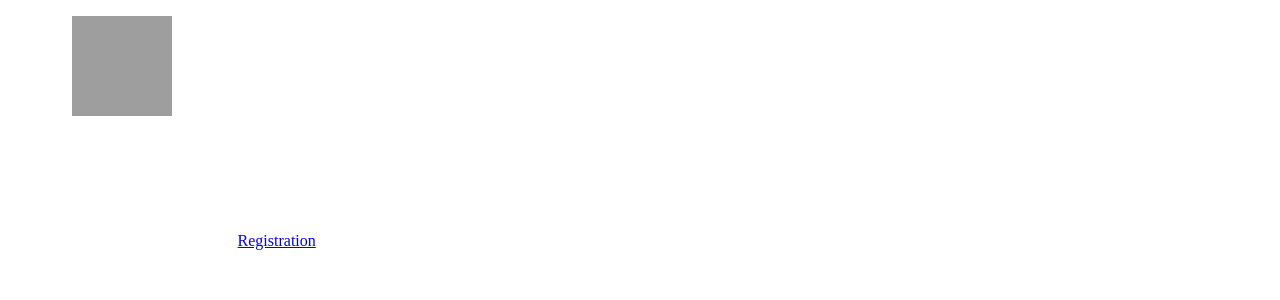
Repository: cb007/cbRepository
Page: http://localhost/SpringMvc/
The author's editor kept a copy of each file at every save. The page is drawn from the files as they stood at one save, then again after the next save.
The browser window is 1280 px wide. The pictures show the whole page.
Pictures or frames that could not be fetched are drawn as grey boxes. The page is served by Tomcat 9. Other server files are loaded and not shown.

Above is the page before, as saved 2017-02-23 12:01:39.

### spring-hibernate/SpringMvc/WebContent/index.jsp
<%@ page language="java" contentType="text/html; charset=ISO-8859-1"
    pageEncoding="ISO-8859-1"%>
<!DOCTYPE html>
<html>
<head>
<meta http-equiv="Content-Type" content="text/html; charset=ISO-8859-1">
<title>Welcome To The World Of Banking</title>
<link type="text/css" rel="stylesheet" href="styles/main.css">
</head>
<body>
<section>
<img src="images/Standard_Chartered.svg">
</section>
<div>
<p>${message}</p>
</div>
<section class="menu">
<ul>
<li><a href="#">Registration</a></li>
</ul>
</section>
</body>
</html>

### spring-hibernate/SpringMvc/WebContent/WEB-INF/dispatcher-servlet.xml
<beans xmlns="http://www.springframework.org/schema/beans"
 xmlns:xsi="http://www.w3.org/2001/XMLSchema-instance"
  xmlns:mvc="http://www.springframework.org/schema/mvc"
  xmlns:context="http://www.springframework.org/schema/context"
  xmlns:tx="http://www.springframework.org/schema/tx"
  xsi:schemaLocation="http://www.springframework.org/schema/mvc
   http://www.springframework.org/schema/mvc/spring-mvc-3.0.xsd
        http://www.springframework.org/schema/beans
         http://www.springframework.org/schema/beans/spring-beans.xsd
        http://www.springframework.org/schema/tx
         http://www.springframework.org/schema/tx/spring-tx-3.0.xsd
        http://www.springframework.org/schema/context
         http://www.springframework.org/schema/context/spring-context-3.0.xsd">

 <mvc:annotation-driven/>
 <mvc:resources location="/images/" mapping="/images/**"/>
 <mvc:resources location="/styles/" mapping="/styles/**"/>
 <context:annotation-config></context:annotation-config>
 <context:component-scan base-package="com.scope.banking"></context:component-scan>

 <!-- view resolver /WEB-INF -->
 <bean class="org.springframework.web.servlet.view.InternalResourceViewResolver">
 	<property name="suffix" value=".jsp"></property>
 </bean>

</beans>

### spring-hibernate/SpringMvc/WebContent/styles/main.css
section
{
	width:10%;
	height:50px;
	margin-left: 5%;

	float:left;
}
div
{
	width:80%;
	height:200px;
	margin-left: 15%;

}
p
{
	margin-left: 25%;
}
img
{
	width:100px;
	height:100px;
	margin-left: 1%;
}
.menu
{
	width:80%;
	height:200px;
	margin-left: 15%;
}
ul li
{
	display: inline;
	text-indent: none;
	margin-right: 2%;
}

### spring-hibernate/SpringMvc/src/com/scope/banking/controller/WelcomeController.java
package com.scope.banking.controller;

import org.springframework.stereotype.Controller;
import org.springframework.ui.ModelMap;
import org.springframework.web.bind.annotation.RequestMapping;
import org.springframework.web.bind.annotation.RequestMethod;

@Controller
public class WelcomeController {
	@RequestMapping(value="/welcome", method=RequestMethod.GET)
	public String welcomeMessage(ModelMap model){
		System.out.println("/welcome");
		model.addAttribute("message", "Welcome to Retail Workbench");
		return "index";

	}

	@RequestMapping(value="/product", method=RequestMethod.GET)
	public String happyMessage(ModelMap model){
		System.out.println("/product");
		model.addAttribute("message", "Thanks for applying products");
		return "product";

	}
}

After the next save:
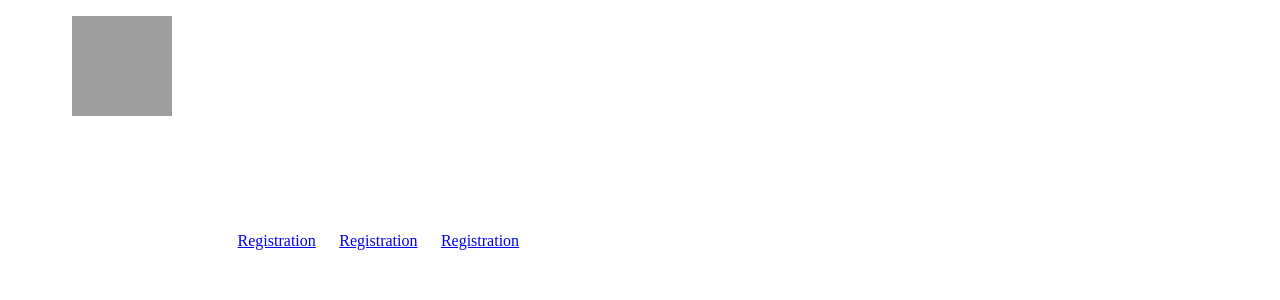
Saved 6 s later.
--- a/spring-hibernate/SpringMvc/WebContent/index.jsp
+++ b/spring-hibernate/SpringMvc/WebContent/index.jsp
@@ -17,6 +17,8 @@
 <section class="menu">
 <ul>
 <li><a href="#">Registration</a></li>
+<li><a href="#">Registration</a></li>
+<li><a href="#">Registration</a></li>
 </ul>
 </section>
 </body>
